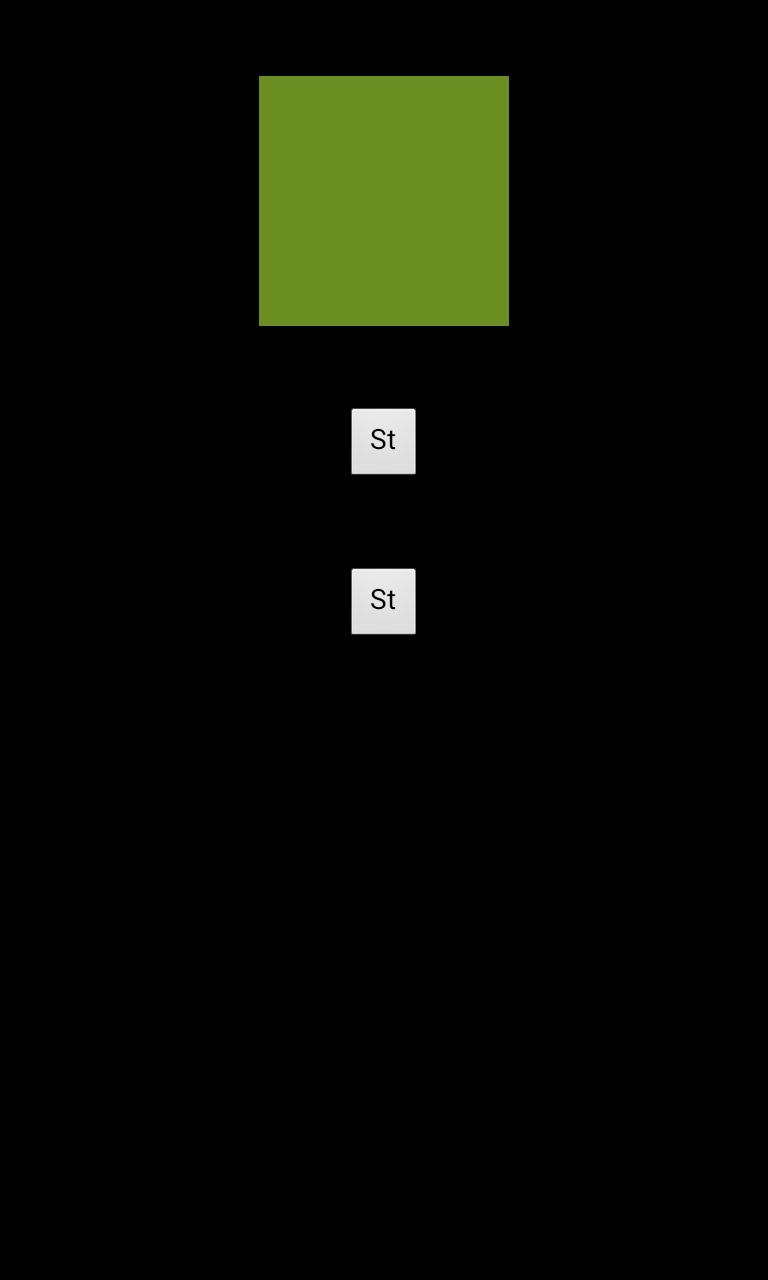
Repository: L8/open_robot
Layout: Android/TouchRobot/res/layout/main.xml
The author's editor kept a copy of each file at every save. The layout is drawn from the files as they stood at one save, then again after the next save.
It is drawn on a 768 x 1280 px phone screen (xhdpi) without system bars, with theme android:Theme; the app's code is not run.

Above is the layout before, as saved 2010-10-17 21:21:43.

### Android/TouchRobot/res/layout/main.xml
<LinearLayout xmlns:android="http://schemas.android.com/apk/res/android"
    android:orientation="vertical"
    android:layout_width="fill_parent"
    android:layout_height="fill_parent"
    android:gravity="center_horizontal"

    >


    <TextView  android:id="@+id/x_position_textview"
        android:layout_width="fill_parent"
        android:layout_height="wrap_content"

        android:gravity="center_horizontal"
        android:paddingRight="25px"
   		android:paddingLeft="25px"
        />

    <TextView   android:id="@+id/y_position_textview"
        android:layout_width="fill_parent"
        android:layout_height="wrap_content"

        android:gravity="center_horizontal"
        android:paddingRight="25px"
   		android:paddingLeft="25px"
        />



    <FrameLayout android:id="@+id/main_view"
  		xmlns:android="http://schemas.android.com/apk/res/android"
  		android:background="#6B8E23"
  		android:gravity="center_vertical"
  		android:layout_width="250px"
  		android:layout_height="250px"/>

  	<FrameLayout android:id="@+id/spacer_view"
  		xmlns:android="http://schemas.android.com/apk/res/android"
  		android:background="#FF000000"
  		android:gravity="center_vertical"
  		android:layout_width="15px"
  		android:layout_height="80px"
  		android:visibility="invisible"/>

  	<Button android:id="@+id/kill_button"
    android:layout_width="80px"
  	android:layout_height="80px"
    android:layout_alignParentBottom="true"
    android:text="Stop please" />

    <FrameLayout android:id="@+id/spacer_view"
  		xmlns:android="http://schemas.android.com/apk/res/android"
  		android:background="#FF000000"
  		android:gravity="center_vertical"
  		android:layout_width="15px"
  		android:layout_height="80px"
  		android:visibility="invisible"/>

  	<Button android:id="@+id/kill_button"
    android:layout_width="80px"
  	android:layout_height="80px"
    android:layout_alignParentBottom="true"
    android:text="Stop please" />

</LinearLayout>

After the next save:
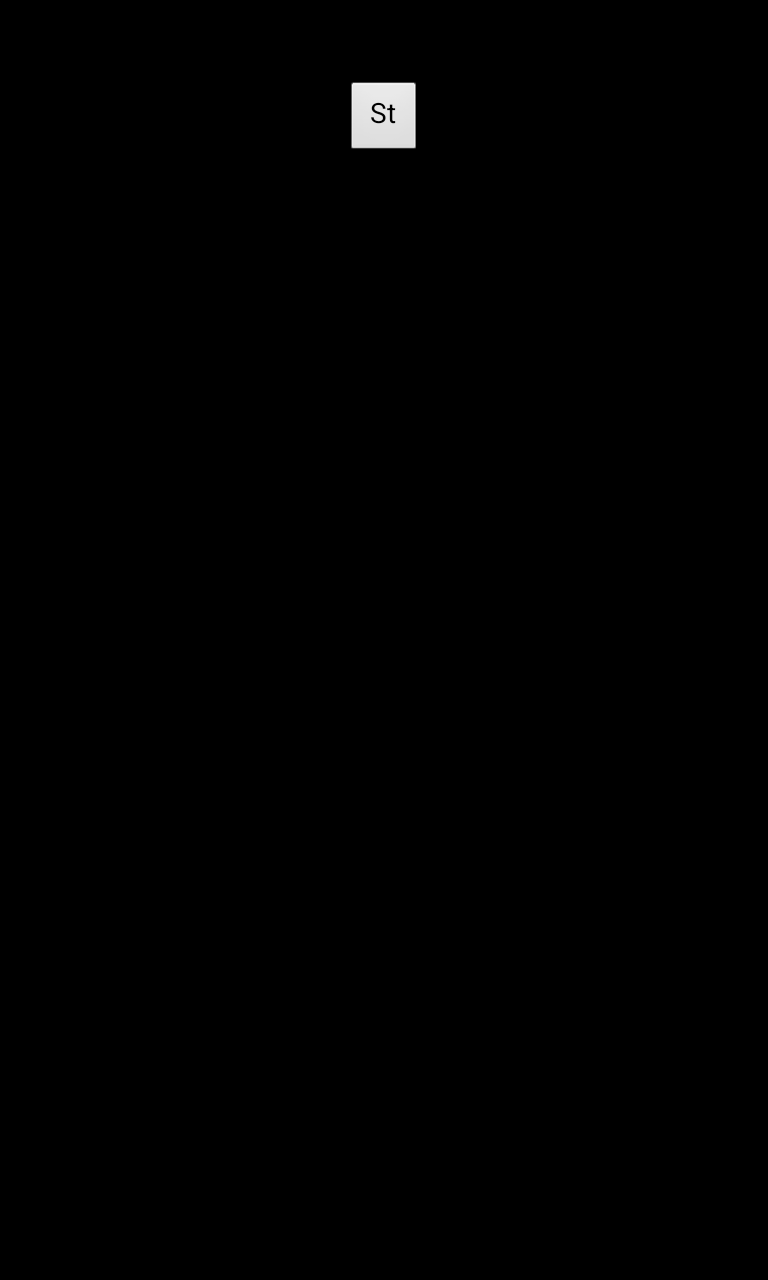
Saved 29 s later.
--- a/Android/TouchRobot/res/layout/main.xml
+++ b/Android/TouchRobot/res/layout/main.xml
@@ -6,47 +6,6 @@
 
     >
 
-
-    <TextView  android:id="@+id/x_position_textview"
-        android:layout_width="fill_parent"
-        android:layout_height="wrap_content"
-
-        android:gravity="center_horizontal"
-        android:paddingRight="25px"
-   		android:paddingLeft="25px"
-        />
-
-    <TextView   android:id="@+id/y_position_textview"
-        android:layout_width="fill_parent"
-        android:layout_height="wrap_content"
-
-        android:gravity="center_horizontal"
-        android:paddingRight="25px"
-   		android:paddingLeft="25px"
-        />
-
-
-
-    <FrameLayout android:id="@+id/main_view"
-  		xmlns:android="http://schemas.android.com/apk/res/android"
-  		android:background="#6B8E23"
-  		android:gravity="center_vertical"
-  		android:layout_width="250px"
-  		android:layout_height="250px"/>
-
-  	<FrameLayout android:id="@+id/spacer_view"
-  		xmlns:android="http://schemas.android.com/apk/res/android"
-  		android:background="#FF000000"
-  		android:gravity="center_vertical"
-  		android:layout_width="15px"
-  		android:layout_height="80px"
-  		android:visibility="invisible"/>
-
-  	<Button android:id="@+id/kill_button"
-    android:layout_width="80px"
-  	android:layout_height="80px"
-    android:layout_alignParentBottom="true"
-    android:text="Stop please" />
 
     <FrameLayout android:id="@+id/spacer_view"
   		xmlns:android="http://schemas.android.com/apk/res/android"
